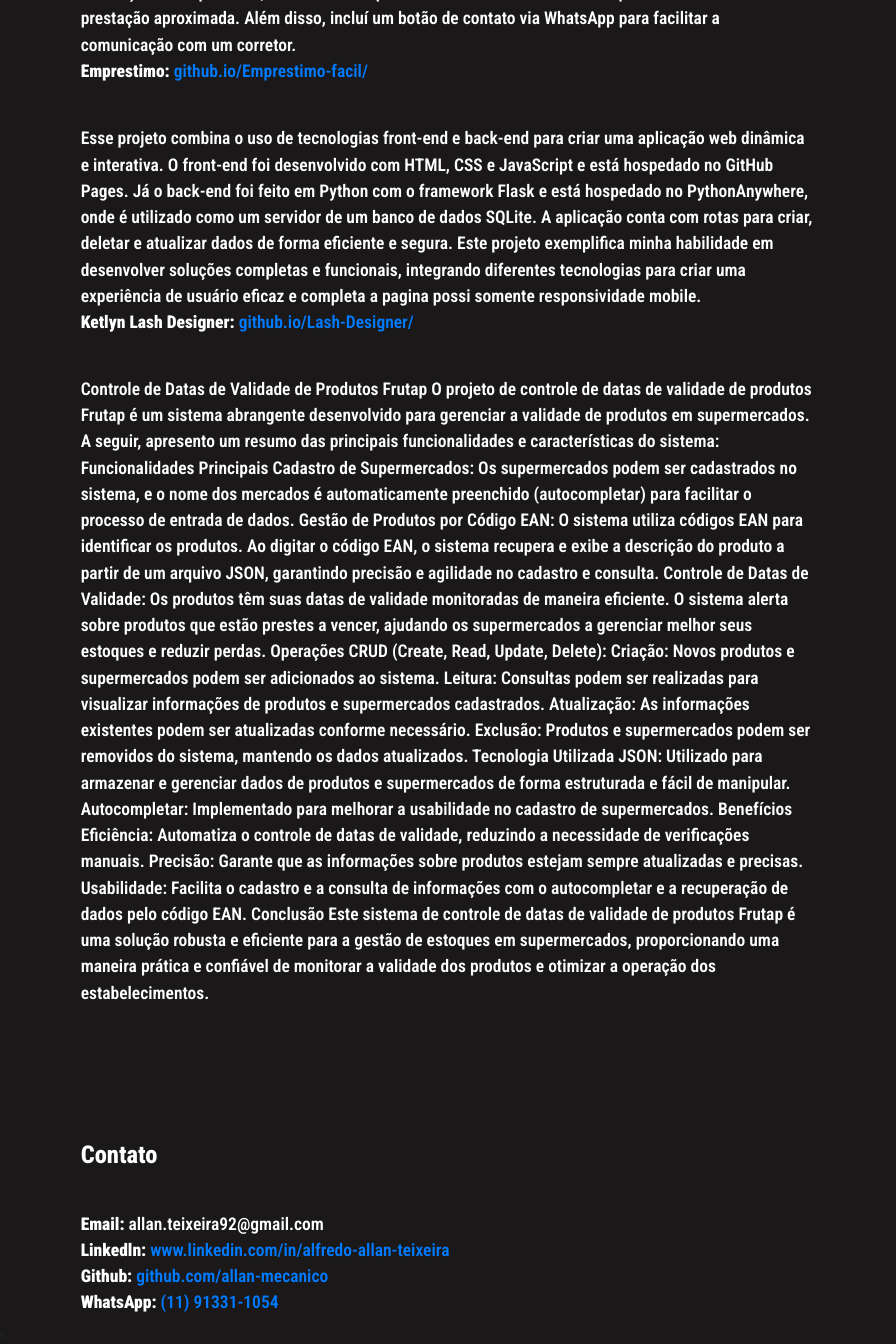
Repository: alfredo-allan/Portfolio
Page: index.html
The author's editor kept a copy of each file at every save. The page is drawn from the files as they stood at one save, then again after a run of saves.
The browser window is 1280 px wide. The pictures show the part of the page from y = 2304 to 4224 px (the page is 4224 px tall), at 70% of full size.

Above is the page before, as saved 2024-05-26 18:47:22.

After the next 2 saves:
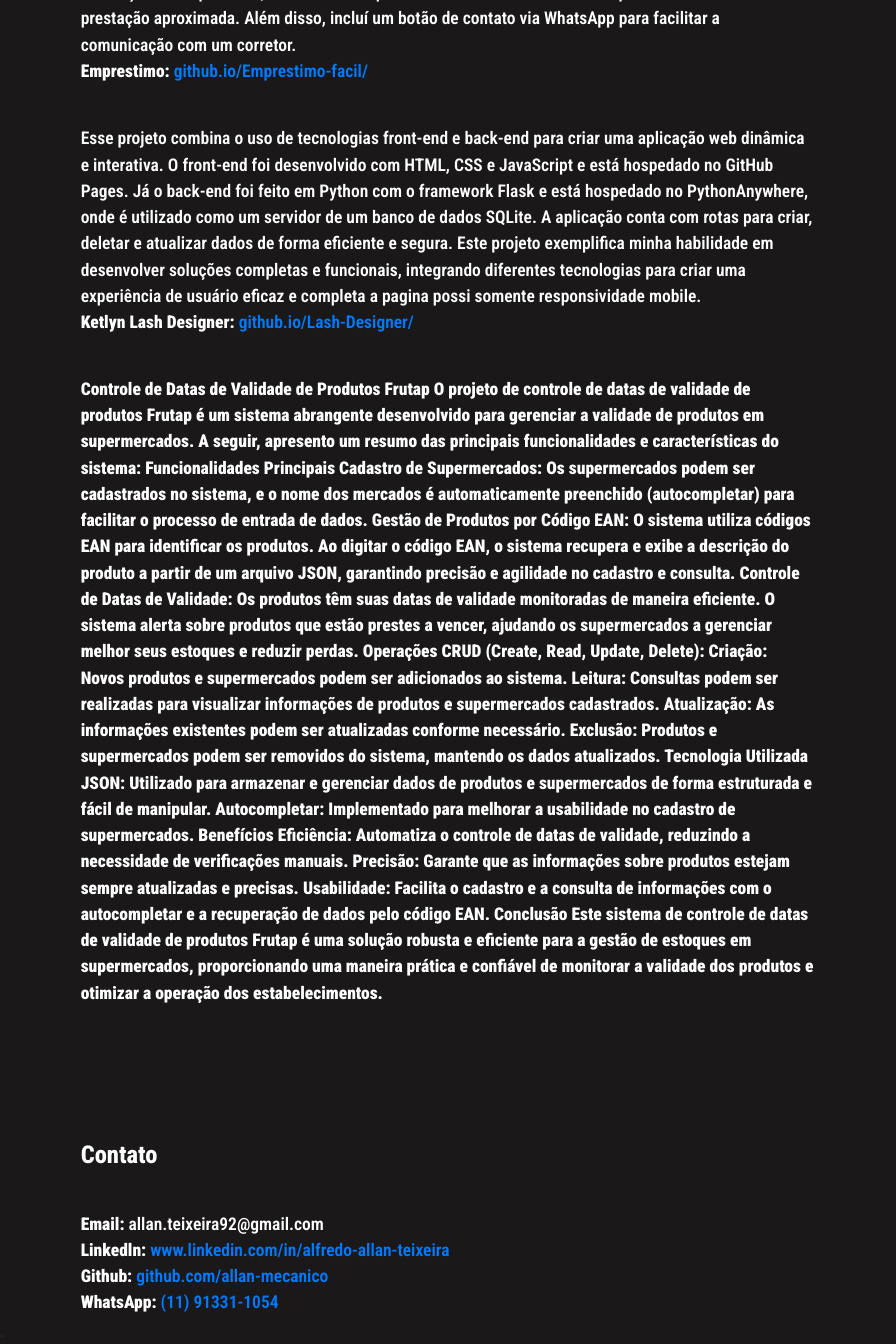
The 2 saves are shown as one change because they came seconds apart.
The last was saved 7 s later.
--- a/index.html
+++ b/index.html
@@ -105,7 +105,7 @@
         </a>
       </p>
       <p>
-<strong></strong> Controle de Datas de Validade de Produtos Frutap
+<strong>Controle de Datas de Validade de Produtos Frutap
 O projeto de controle de datas de validade de produtos Frutap é um sistema abrangente desenvolvido para gerenciar a validade de produtos em supermercados. A seguir, apresento um resumo das principais funcionalidades e características do sistema:
 
 Funcionalidades Principais

After the save that followed:
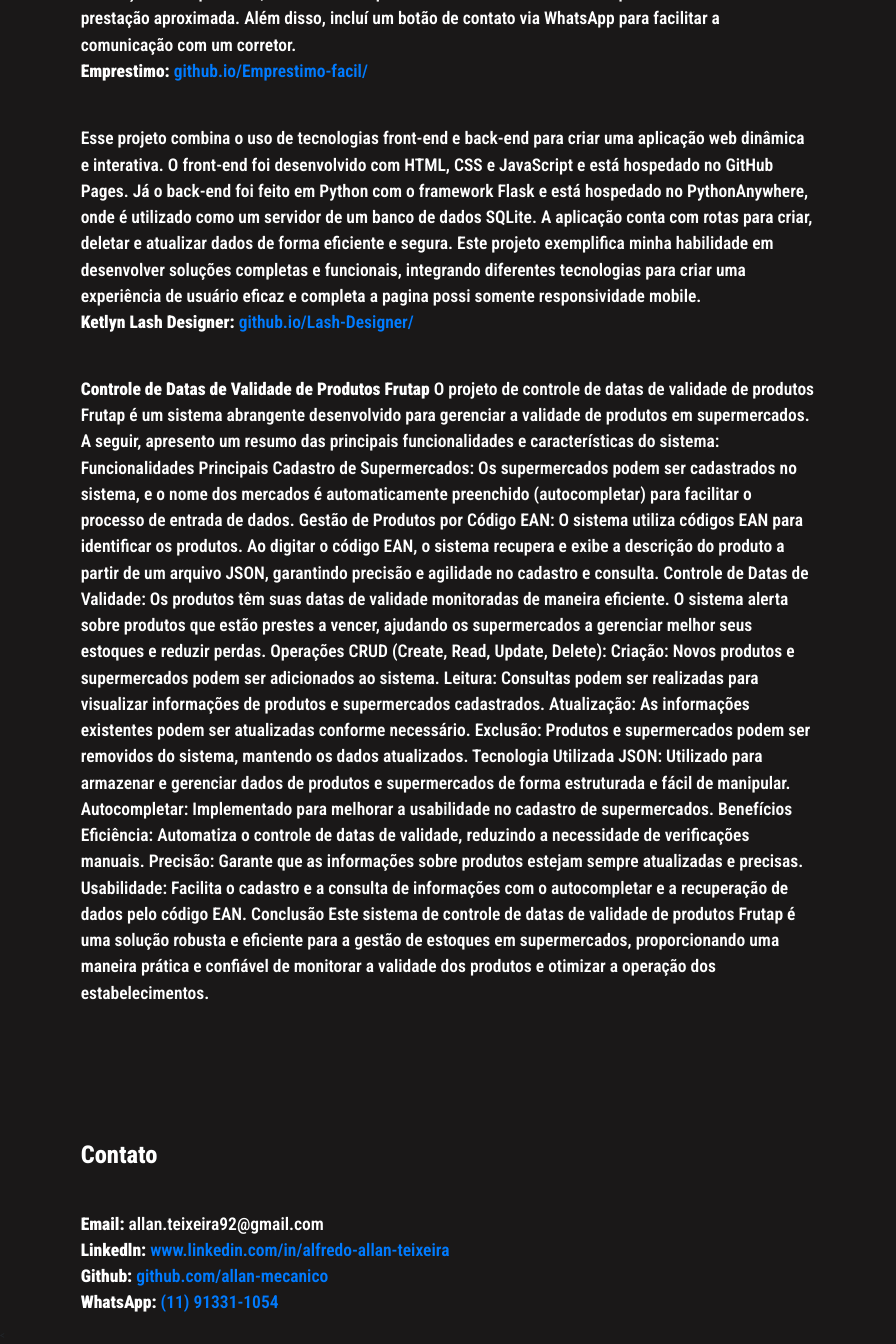
Saved 4 s later.
--- a/index.html
+++ b/index.html
@@ -105,7 +105,7 @@
         </a>
       </p>
       <p>
-<strong>Controle de Datas de Validade de Produtos Frutap
+<strong>Controle de Datas de Validade de Produtos Frutap</strong>
 O projeto de controle de datas de validade de produtos Frutap é um sistema abrangente desenvolvido para gerenciar a validade de produtos em supermercados. A seguir, apresento um resumo das principais funcionalidades e características do sistema:
 
 Funcionalidades Principais
